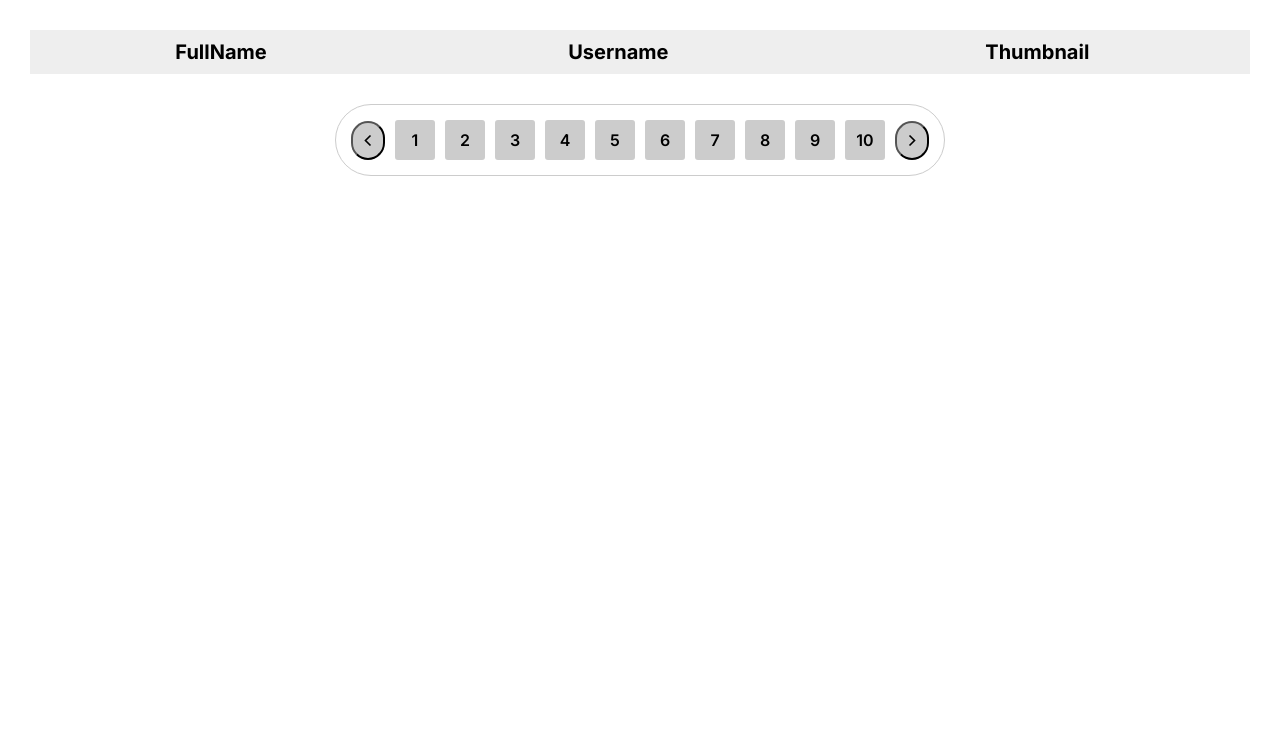
Repository: hoang0508/Test-FrontendReactJs-Twendee
Page: /
The author's editor kept a copy of each file at every save. The page is drawn from the files as they stood at one save, then again after the next save.
The browser window is 1280 px wide. The pictures show the whole page.
The page's requests for data from a server got no answer. The project was rebuilt for these pictures with package versions that can differ from the ones it lists, and the page was loaded fresh each time. No one was signed in, and anything a server would have sent is missing.

Above is the page before, as saved 2023-02-06 21:59:43.

After the next save:
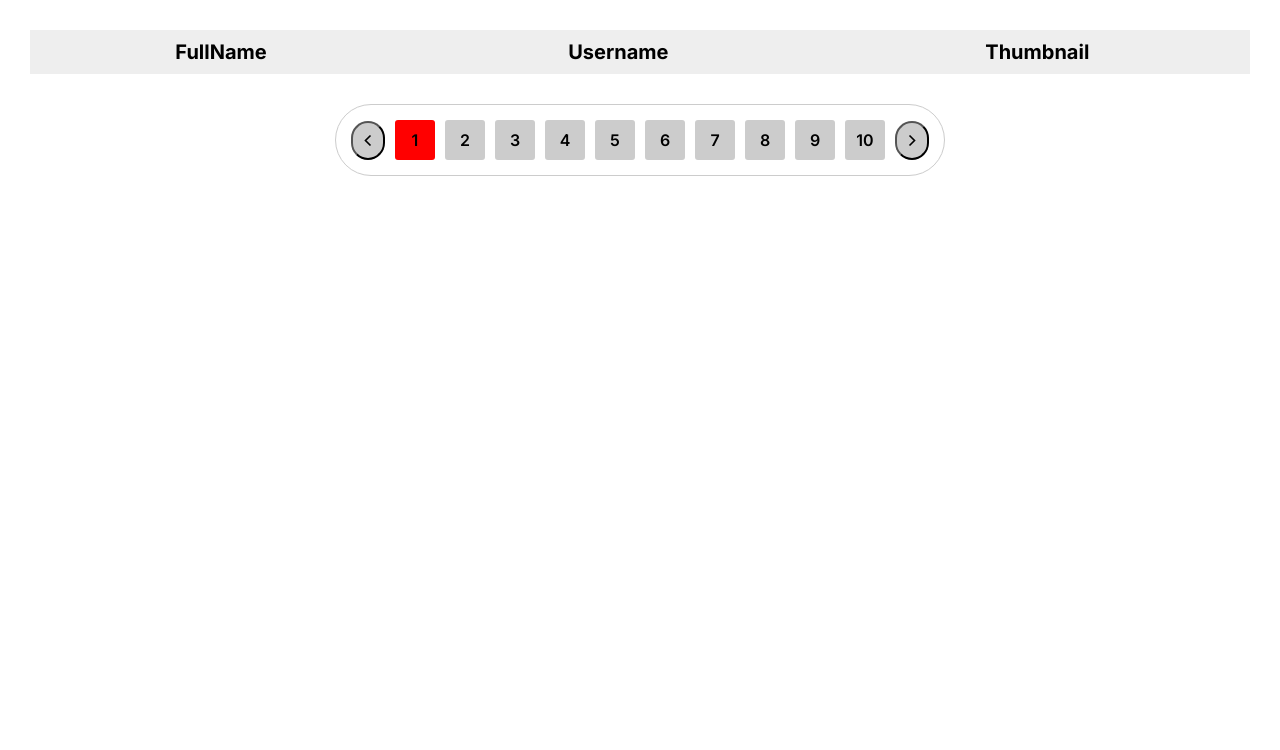
Saved 66 s later.
--- a/src/components/UserTable.scss
+++ b/src/components/UserTable.scss
@@ -52,7 +52,9 @@
   width: 50%;
   margin: 30px auto 0;
   li.active-page {
-    color: red;
+    .page-link {
+      background-color: red;
+    }
   }
   &-next {
     font-size: 25px;
